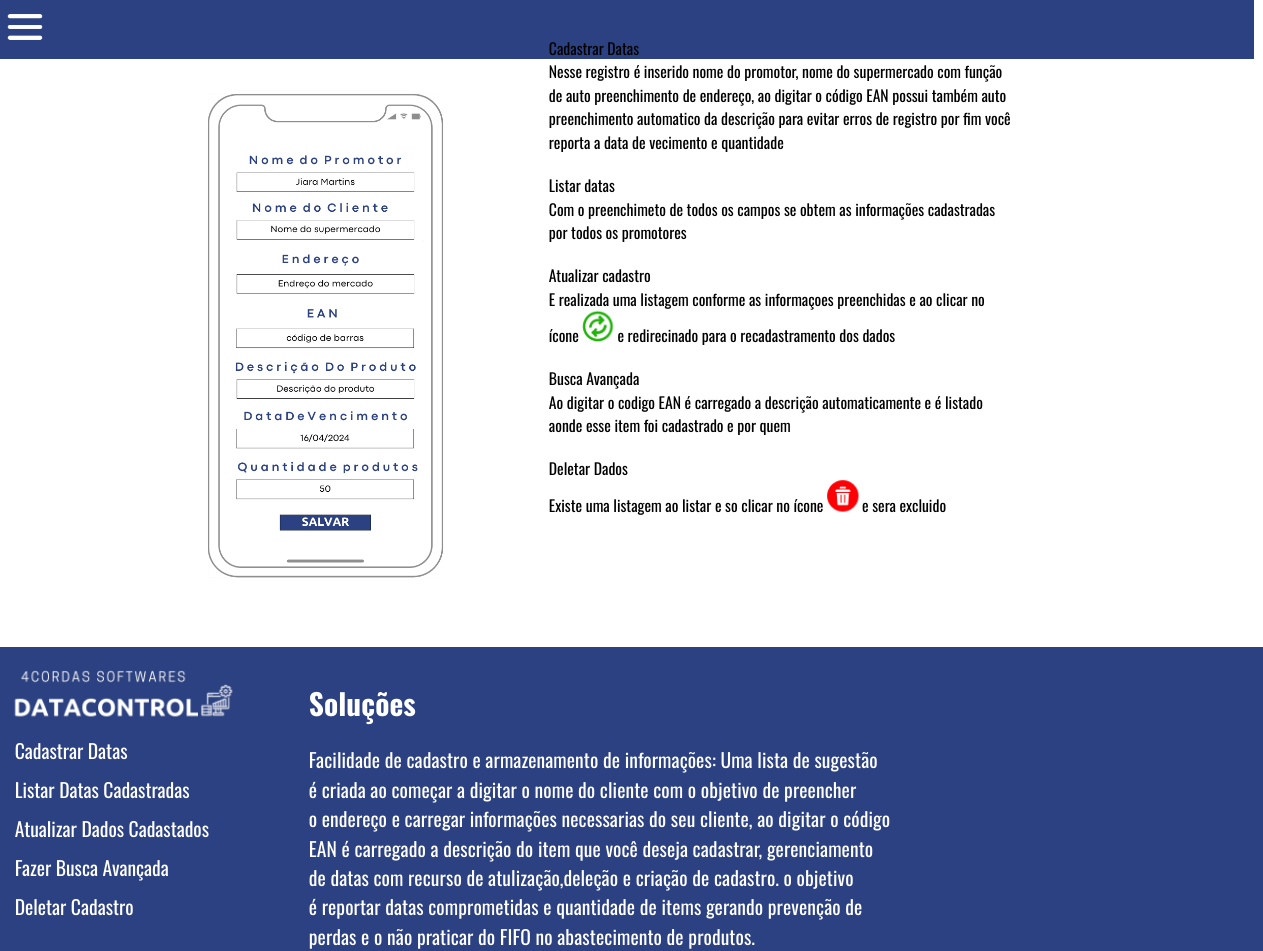
Repository: alfredo-allan/ControleDeDatasFrontEnd
Page: index.html
These files come from the project's save history. The page is drawn as it stood at one moment and after the next save; the edit follows.
The browser window is 1280 px wide. The page is 1289 px wide, so the pictures cover 1289 px, including what lies to the right of the window. The pictures show the whole page, at 98% of full size.

Above is the page before, as saved 2024-04-30 14:40:15.
Console error: TypeError: Cannot read properties of null (reading 'addEventListener')

After the next save:
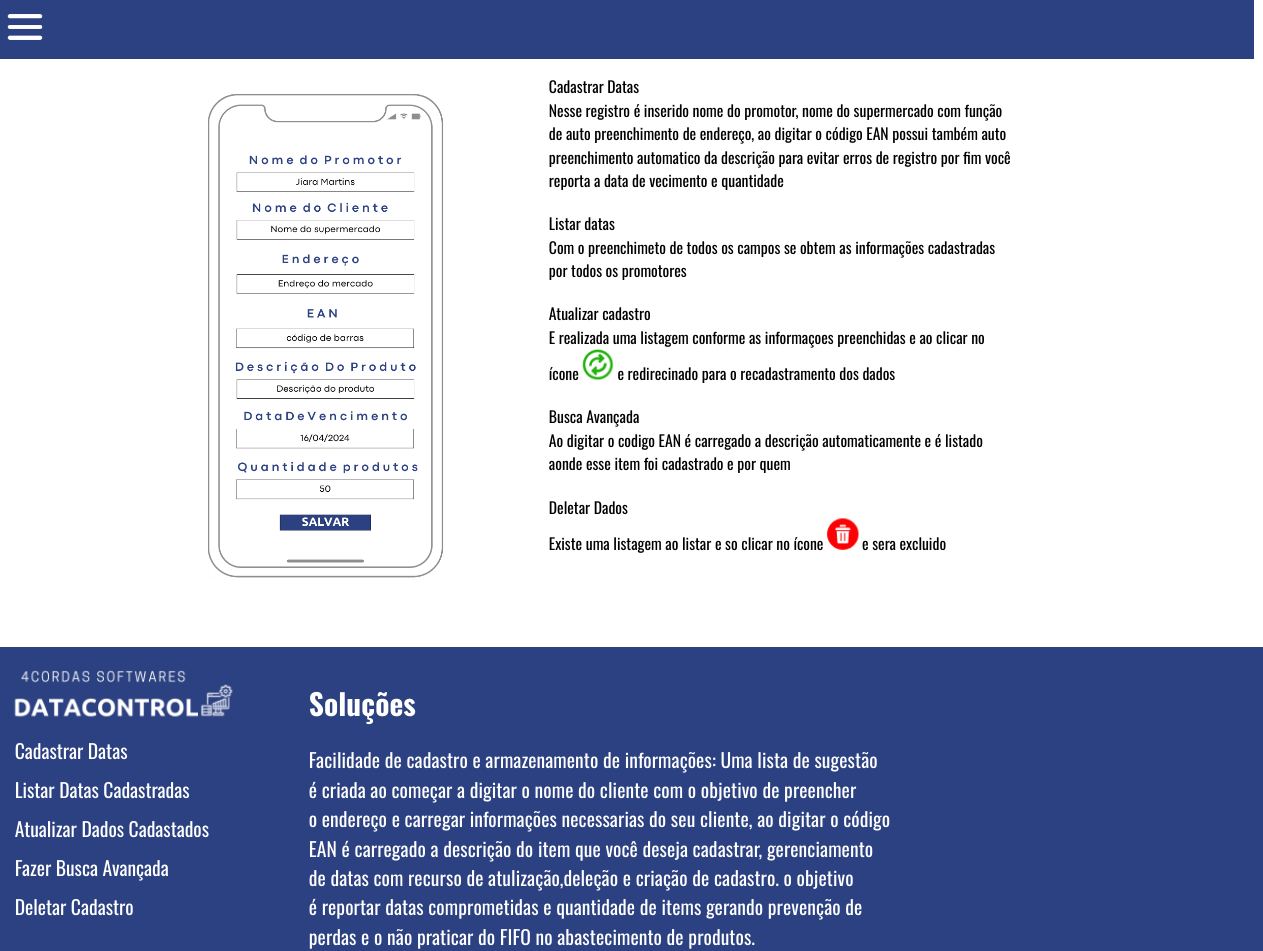
Saved 5 s later.
--- a/style/style.css
+++ b/style/style.css
@@ -446,7 +446,7 @@ button:focus {
   flex-direction: column;
   justify-content: center;
   margin-left: 40%;
-  margin-top: -45%;
+  margin-top: -42%;
   width: 40%;
   position: fixed;
   li {
